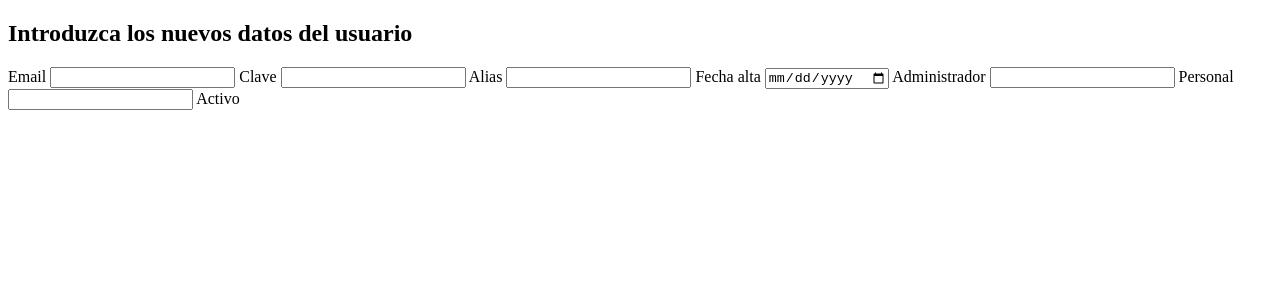
Repository: Mariangeles94/practica_gestion_usuarios
Page: http://localhost/Gestion/administrador/viewinsert.php
The author's editor kept a record of every edit. The page is drawn from the files as they stood at one moment, then again after the next edit.
The browser window is 1280 px wide. The pictures show the whole page.
The page is run by PHP 8.4 with error messages shown; the project is at /var/www/html/.

Above is the page before.

After the next edit:
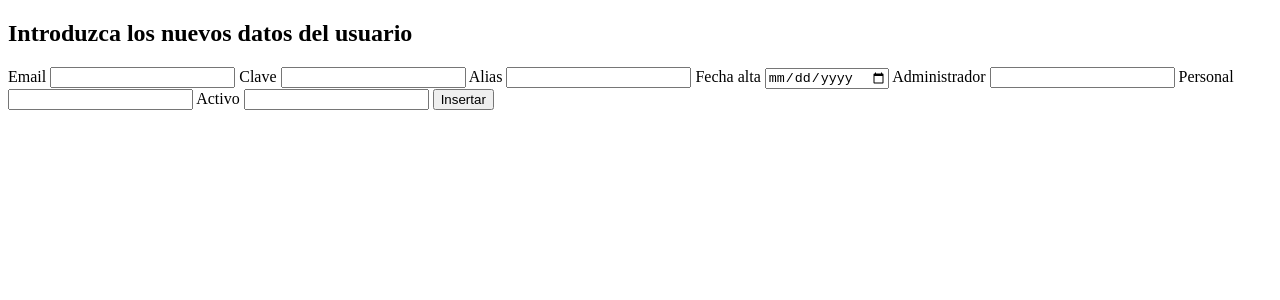
The edit:
--- a/administrador/viewinsert.php
+++ b/administrador/viewinsert.php
@@ -29,8 +29,8 @@
                     <label>Personal</label>
                     <input type="text" name="personal" value="" />
                     <label>Activo</label>
-                    <input type="text" name="activo" value="<?php echo $usuario->getActivo(); ?>" />
-                    <input type="submit" value="Modificar"/>
+                    <input type="text" name="activo" value="" />
+                    <input type="submit" value="Insertar"/>
                 </form>
             </div>
         </div>
